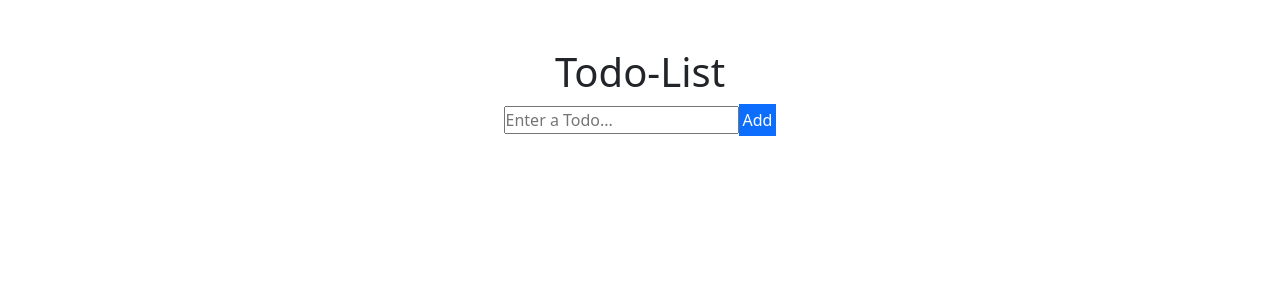
Repository: kieuduc123/Todo-List
Page: /
These files come from the project's save history. The page is drawn as it stood at one moment and after the next save; the edit follows.
The browser window is 1280 px wide. The pictures show the whole page.
The project was rebuilt for these pictures with package versions that can differ from the ones it lists, and the page was loaded fresh each time.

Above is the page before, as saved 2024-02-14 20:11:21.

### public/index.html
<!DOCTYPE html>
<html lang="en">

<head>
  <meta charset="utf-8" />
  <link rel="icon" href="%PUBLIC_URL%/favicon.ico" />
  <meta name="viewport" content="width=device-width, initial-scale=1" />
  <meta name="theme-color" content="#000000" />
  <meta name="description" content="Web site created using create-react-app" />
  <link rel="apple-touch-icon" href="%PUBLIC_URL%/logo192.png" />
  <link href="https://cdn.jsdelivr.net/npm/bootstrap@5.3.2/dist/css/bootstrap.min.css" rel="stylesheet"
    integrity="sha384-T3c6CoIi6uLrA9TneNEoa7RxnatzjcDSCmG1MXxSR1GAsXEV/Dwwykc2MPK8M2HN" crossorigin="anonymous">
</head>
<link rel="stylesheet" href="https://cdnjs.cloudflare.com/ajax/libs/font-awesome/6.5.1/css/all.min.css"
  integrity="sha512-DTOQO9RWCH3ppGqcWaEA1BIZOC6xxalwEsw9c2QQeAIftl+Vegovlnee1c9QX4TctnWMn13TZye+giMm8e2LwA=="
  crossorigin="anonymous" referrerpolicy="no-referrer" />
<!--
      manifest.json provides metadata used when your web app is installed on a
      user's mobile device or desktop. See https://developers.google.com/web/fundamentals/web-app-manifest/
    -->
<link rel="manifest" href="%PUBLIC_URL%/manifest.json" />

<title>TODO-LIST</title>
</head>

<body>
  <noscript>You need to enable JavaScript to run this app.</noscript>
  <div id="root"></div>
  <!--
      This HTML file is a template.
      If you open it directly in the browser, you will see an empty page.

      You can add webfonts, meta tags, or analytics to this file.
      The build step will place the bundled scripts into the <body> tag.

      To begin the development, run `npm start` or `yarn start`.
      To create a production bundle, use `npm run build` or `yarn build`.
    -->
  <script src="https://cdn.jsdelivr.net/npm/bootstrap@5.3.2/dist/js/bootstrap.bundle.min.js"
    integrity="sha384-C6RzsynM9kWDrMNeT87bh95OGNyZPhcTNXj1NW7RuBCsyN/o0jlpcV8Qyq46cDfL"
    crossorigin="anonymous"></script>
</body>

</html>

### src/index.js
import React from "react";
import ReactDOM from "react-dom/client";

import App from "./App";

const root = ReactDOM.createRoot(document.getElementById("root"));
root.render(
    <React.StrictMode>
        <App />
    </React.StrictMode>
);

// If you want to start measuring performance in your app, pass a function
// to log results (for example: reportWebVitals(console.log))
// or send to an analytics endpoint. Learn more: https://bit.ly/CRA-vitals

### src/App.js
import React, { useEffect, useState } from "react";
import Header from "./components/Header";
import Form from "./components/Form";
import TodosList from "./components/TodosList";
import "./App.css";
const App = () => {
    const initialState = JSON.parse(localStorage.getItem("todo")) || [];
    const [input, setInput] = useState("");
    const [todos, setTodos] = useState(initialState);
    const [editTodo, setEditTodo] = useState(null);

    useEffect(() => {
        localStorage.setItem("todo", JSON.stringify(todos));
    }, [todos]);
    return (
        <div className="container">
            <div className="app-wrapper ">
                <div className="text-center mt-5">
                    <Header />
                </div>
                <div>
                    <Form
                        input={input}
                        setInput={setInput}
                        todos={todos}
                        setTodos={setTodos}
                        editTodo={editTodo}
                        setEditTodo={setEditTodo}
                    />
                </div>
                <div>
                    <TodosList
                        todos={todos}
                        setTodos={setTodos}
                        setEditTodo={setEditTodo}
                    />
                </div>
            </div>
        </div>
    );
};

export default App;

### src/components/Header.js
import React from "react";

const Header = () => {
    return (
        <div className="header">
            <h1 className="">Todo-List </h1>
        </div>
    );
};

export default Header;

### src/components/Form.js
import React, { useEffect } from "react";
import { v4 as uuidv4 } from "uuid";

const Form = ({ input, setInput, todos, setTodos, editTodo, setEditTodo }) => {
    const updateTodo = (title, id, completed) => {
        const newTodo = todos.map((todo) =>
            todo.id === id ? { title, id, completed } : todo
        );
        setTodos(newTodo);
        setEditTodo("");
    };

    useEffect(() => {
        if (editTodo) {
            setInput(editTodo.title);
        } else {
            setInput("");
        }
    }, [setInput, editTodo]);

    const onInputChang = (e) => {
        setInput(e.target.value);
    };

    const onFormSubmit = (e) => {
        e.preventDefault();
        if (!editTodo) {
            setTodos([
                ...todos,
                { id: uuidv4(), title: input, completed: false },
            ]);
            setInput("");
        } else {
            updateTodo(input, editTodo.id, editTodo.completed);
        }
    };
    return (
        <form
            onSubmit={onFormSubmit}
            className="d-flex justify-content-center align-items-center "
        >
            <input
                placeholder="Enter a Todo..."
                className="mr-2 "
                type="text"
                value={input}
                required
                onChange={onInputChang}
            />
            <button
                type="submit"
                className=" bg-primary text-white border-0 p-1"
            >
                {editTodo ? "OK" : " Add"}
            </button>
        </form>
    );
};

export default Form;

### src/components/TodosList.js
import React from "react";

const TodosList = ({ todos, setTodos, setEditTodo }) => {
    const handleDelete = ({ id }) => {
        setTodos(todos.filter((todo) => todo.id !== id));
    };
    const handleComplete = (todo) => {
        setTodos(
            todo.map((item) => {
                if (item.id === todo.id) {
                    return { ...item, completed: !item.completed };
                }
                return item;
            })
        );
    };
    const handleEdit = ({ id }) => {
        const findTodo = todos.find((todo) => todo.id === id);
        setEditTodo(findTodo);
    };
    return (
        <div className="mt-3 ">
            {todos.map((todo) => (
                <li
                    className="todo-list d-flex justify-content-center align-items-center"
                    key={todo.id}
                >
                    <input
                        className={`list ${todo.completed ? "complete" : ""}`}
                        type="text"
                        value={todo.title}
                        onChange={(e) => e.preventDefault()}
                    />
                    <div>
                        <button
                            className="button-complete"
                            onClick={() => handleComplete(todo)}
                        >
                            <i className="fa fa-check-circle"></i>
                        </button>
                        <button
                            className="button-edit"
                            onClick={() => handleEdit(todo)}
                        >
                            <i className="fa fa-edit"></i>
                        </button>
                        <button
                            className="button-delete"
                            onClick={() => handleDelete(todo)}
                        >
                            <i className="fa fa-trash"></i>
                        </button>
                    </div>
                </li>
            ))}
        </div>
    );
};
export default TodosList;

### src/App.css
*{
  margin: 0;
  padding: 0;
}
a ,li{
  list-style: none;
}
.App {
  text-align: center;
}

.App-logo {
  height: 40vmin;
  pointer-events: none;
}

@media (prefers-reduced-motion: no-preference) {
  .App-logo {
    animation: App-logo-spin infinite 20s linear;
  }
}

.App-header {
  background-color: #282c34;
  min-height: 100vh;
  display: flex;
  flex-direction: column;
  align-items: center;
  justify-content: center;
  font-size: calc(10px + 2vmin);
  color: white;
}

.App-link {
  color: #61dafb;
}

@keyframes App-logo-spin {
  from {
    transform: rotate(0deg);
  }
  to {
    transform: rotate(360deg);
  }
}

After the next save:
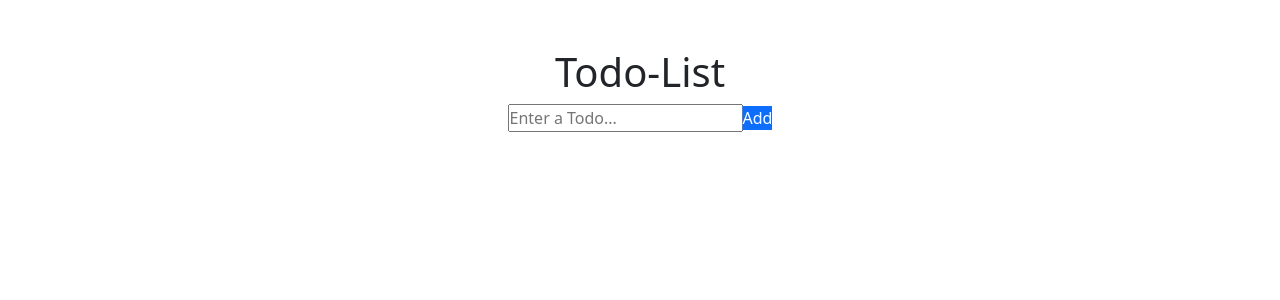
Saved 10 s later.
--- a/src/components/Form.js
+++ b/src/components/Form.js
@@ -47,10 +47,7 @@ const Form = ({ input, setInput, todos, setTodos, editTodo, setEditTodo }) => {
                 required
                 onChange={onInputChang}
             />
-            <button
-                type="submit"
-                className=" bg-primary text-white border-0 p-1"
-            >
+            <button type="submit" className=" bg-primary text-white border-0">
                 {editTodo ? "OK" : " Add"}
             </button>
         </form>
